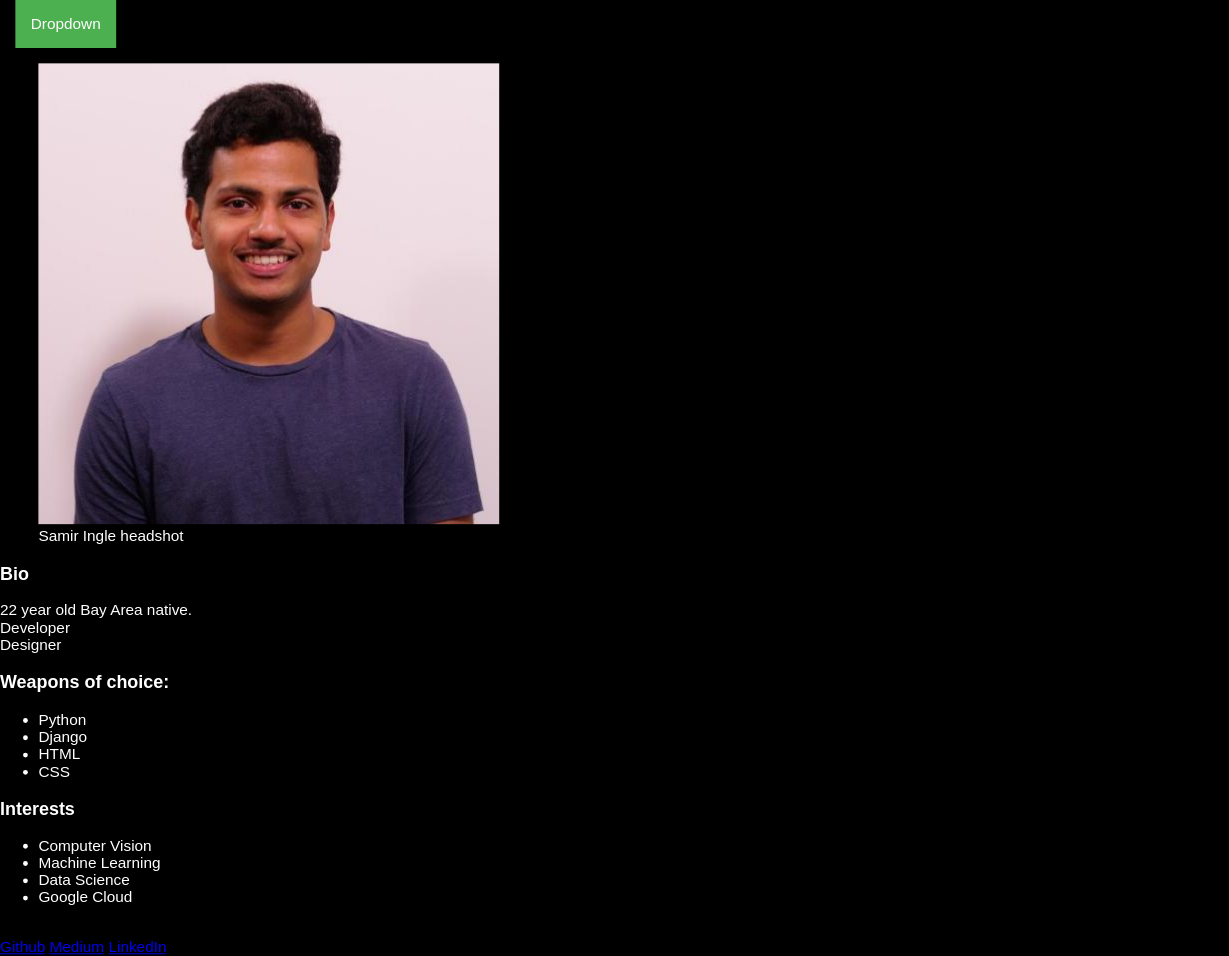
Repository: SamirIngley/html-semantic
Page: about.html
The author's editor kept a copy of each file at every save. The page is drawn from the files as they stood at one save, then again after the next save.
The browser window is 1280 px wide. The pictures show the whole page, at 96% of full size.

Above is the page before, as saved 2020-01-29 23:04:15.

After the next save:
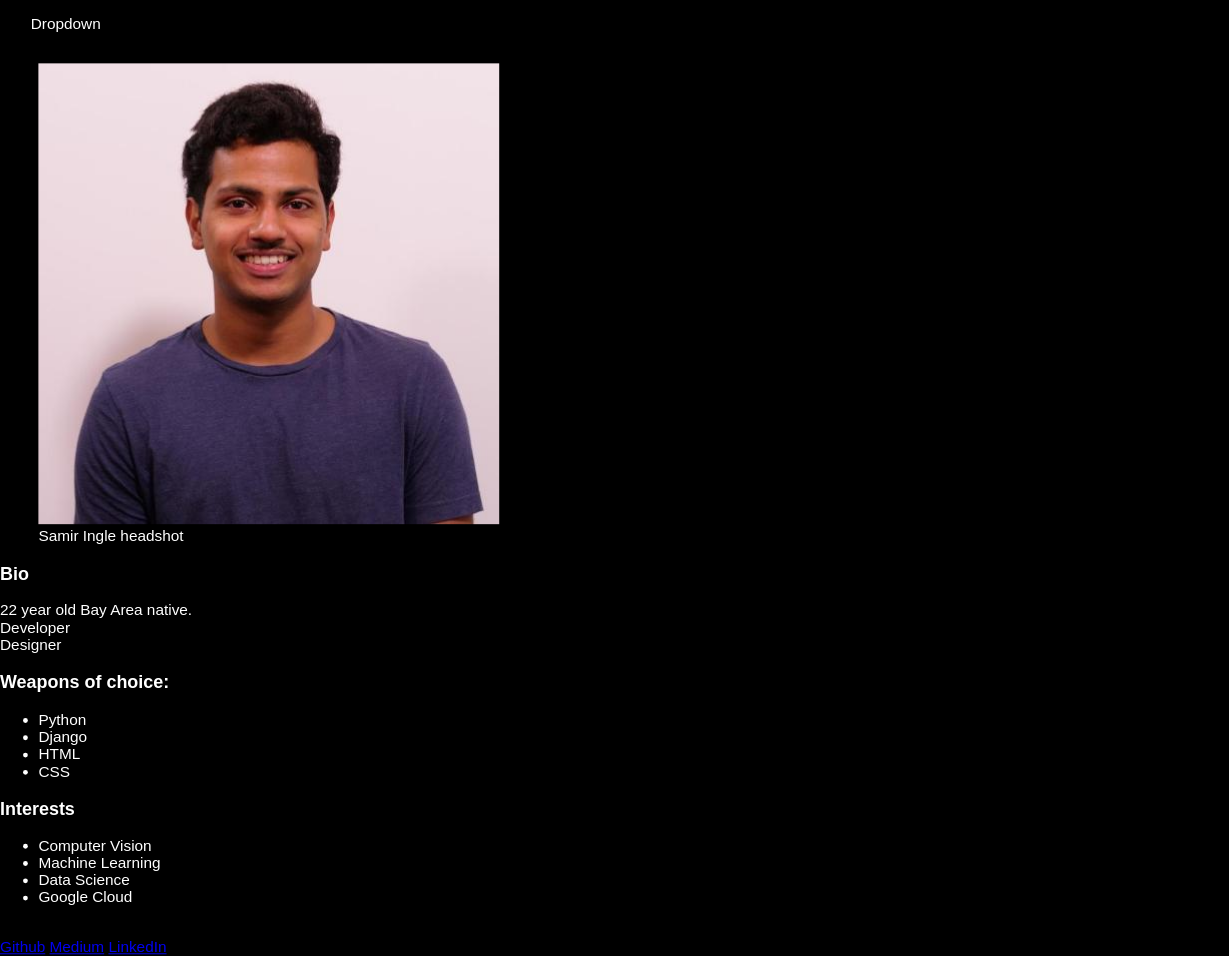
Saved 30 s later.
--- a/style.css
+++ b/style.css
@@ -77,7 +77,7 @@ body {
 }
 
 .dropbtn {
-  background-color: #4CAF50;
+  background-color: rgb(0, 0, 0);
   color: white;
   padding: 16px;
   font-size: 16px;
